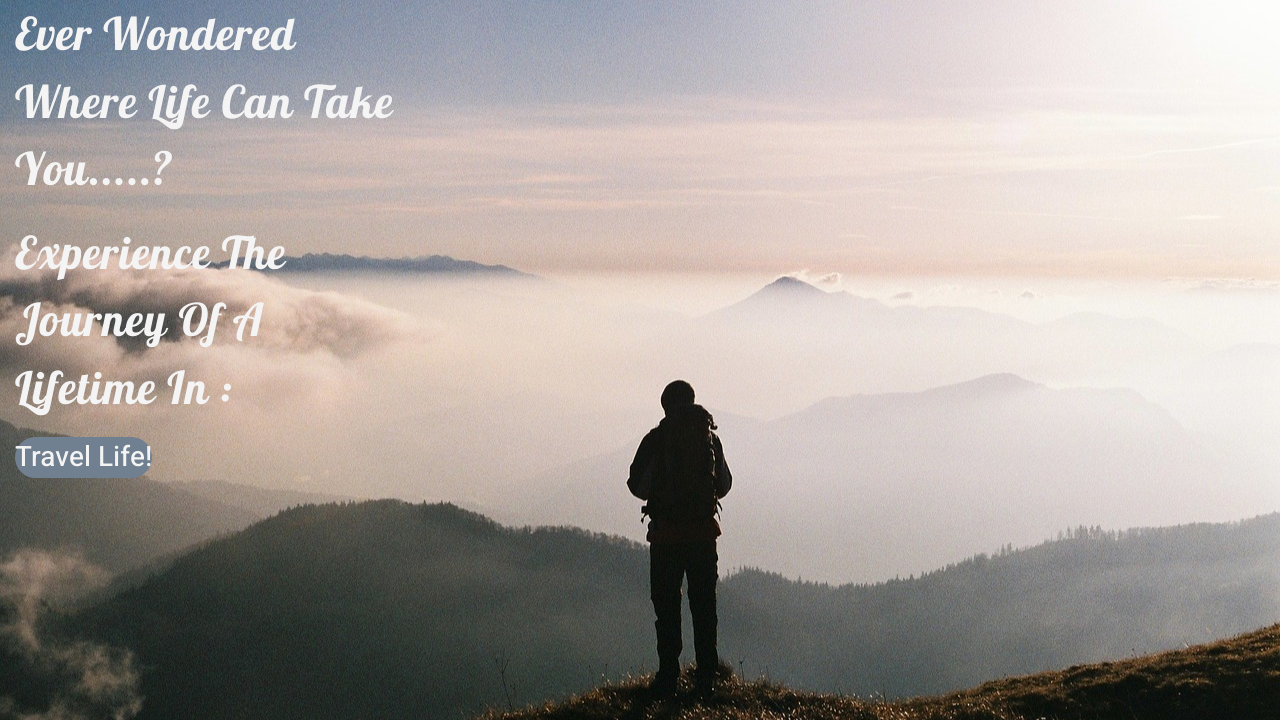
Repository: Code-Institute-Submissions/Travel-Life
Page: index.html
The author's editor kept a record of every edit. The page is drawn from the files as they stood at one moment, then again after the next edit.
The browser window is 1280 px wide. The pictures show the whole page.

Above is the page before.

After the next edit:
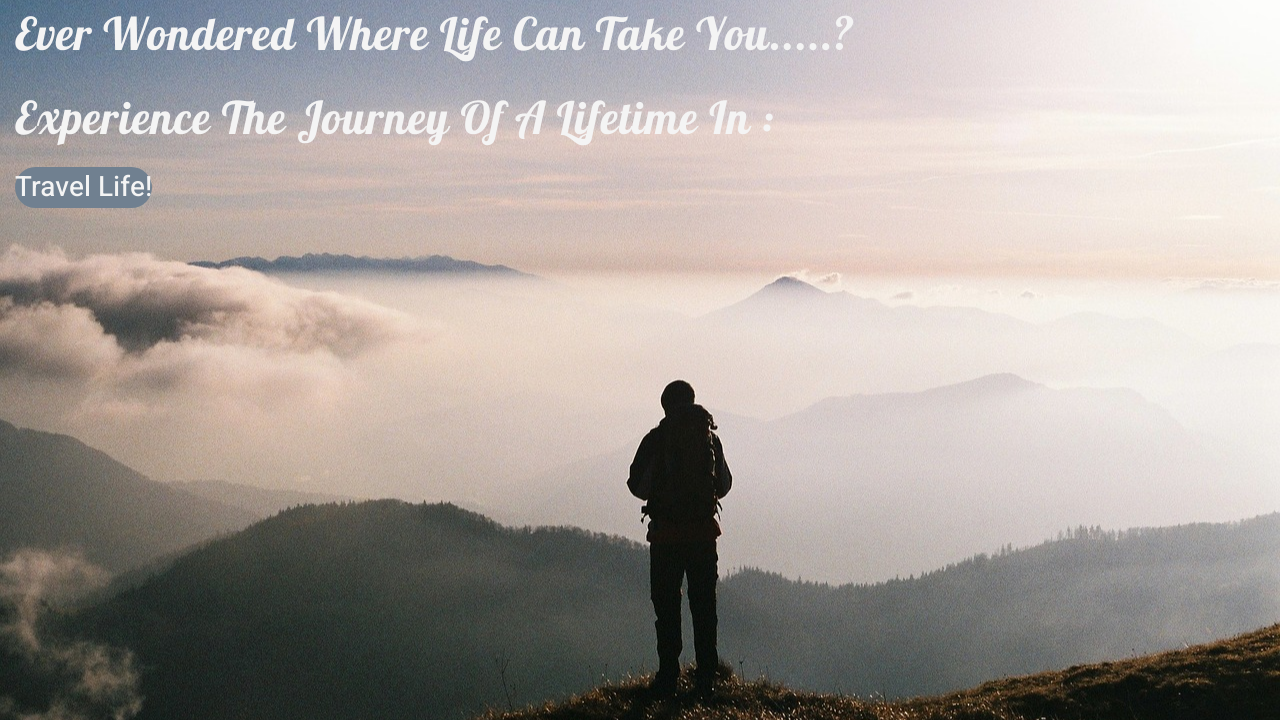
The edit:
--- a/index.html
+++ b/index.html
@@ -13,7 +13,7 @@
     <body>
         <header class="container-fluid">
             <div class="row">
-                <div class="col-md-4">
+                <div class="col-md-12">
                     <p class="capitalize">Ever wondered where life can  take you.....?</p>
                     <p class="capitalize">experience the journey of a lifetime in : <a href=""><span class="title"><h3>Travel Life!</h3></span></a></p>
                 </div>
